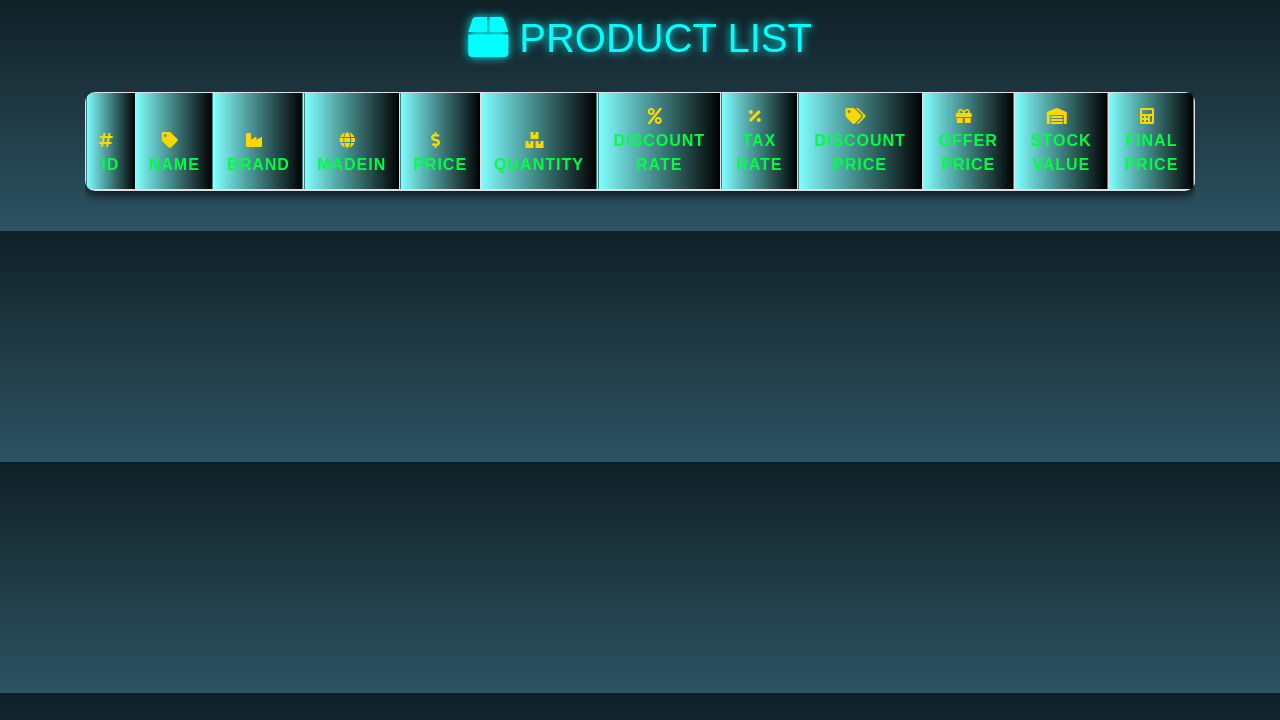
Repository: Ravi-kishor-09/Ravi-projects
Page: http://localhost/product-list
The author's editor kept a copy of each file at every save. The page is drawn from the files as they stood at one save, then again after the next save.
The browser window is 1280 px wide. The pictures show the whole page.
The page is this project's Thymeleaf template; nobody is signed in. The template is opened directly, without the code that normally fills it, so the values that code supplies are empty.

Above is the page before, as saved 2024-12-20 19:23:18.

After the next save:
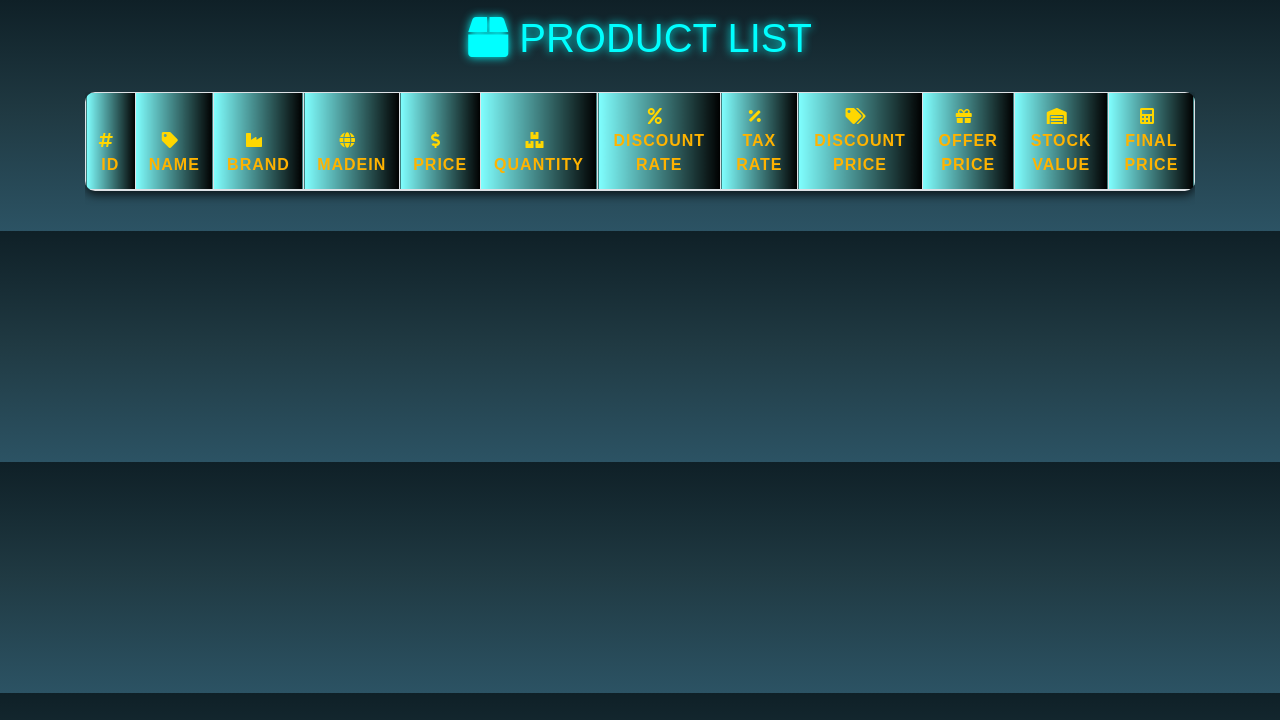
Saved 40 s later.
--- a/spring1/src/main/resources/templates/product-list.html
+++ b/spring1/src/main/resources/templates/product-list.html
@@ -35,7 +35,7 @@
         }
         thead th {
             background: linear-gradient(90deg, rgb(128, 255, 255), rgb(0, 0, 0));
-            color: rgb(0, 255, 64);
+            color: rgb(255, 179, 0);
             font-weight: bold;
             text-transform: uppercase;
             letter-spacing: 1px;
